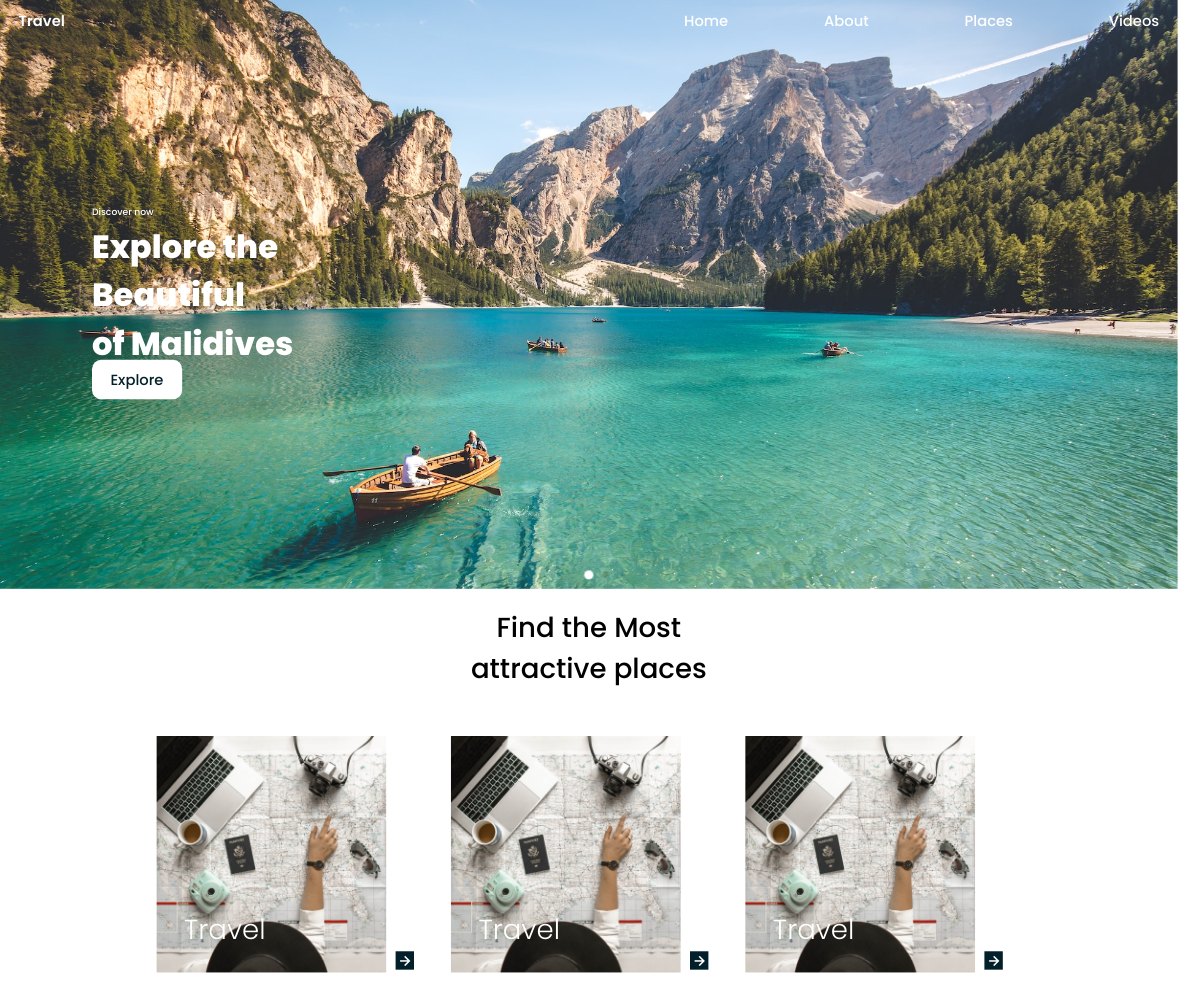
Repository: OmniaRafat232111121/Traveling
Page: index.html
These files come from the project's save history. The page is drawn as it stood at one moment and after the next save; the edit follows.
The browser window is 1280 px wide. The pictures show the whole page, at 92% of full size.

Above is the page before, as saved 2022-12-20 11:32:33.

### index.html
<!DOCTYPE html>
<html lang="en">
<head>
    <meta charset="UTF-8">
    <meta http-equiv="X-UA-Compatible" content="IE=edge">
    <meta name="viewport" content="width=device-width, initial-scale=1.0">
    <title>Travel Css</title>
    <link rel="stylesheet" href="css/style.css">
    <!--swiper-->
       <link
  rel="stylesheet"
  href="https://cdn.jsdelivr.net/npm/swiper@8/swiper-bundle.min.css"
/>
<!--Box icon-->
 <link rel="stylesheet"
  href="https://cdn.jsdelivr.net/npm/boxicons@latest/css/boxicons.min.css">
</head>
<body>
    <!--navbar start-->
    <header class="header">
        <div class="logo">
        <a href="index.html" >Travel</a>
        </div>
        <div class="'bx bx-menu" id="menu-icon"></div>
        <nav>
            <ul>
                <li><a href="index.html">Home</a></li>
                <li><a href="#about">About</a></li>
                <li><a href="#places">Places</a></li>
                <li><a href="#viedo">Videos</a></li>
            </ul>
        </nav>

    </header>
   <!--navbar end-->
   <!--home start-->
   <section class="home swiper" id="home">
   <div class="swiper-wrapper">
        <div class="swiper-slide container">
            <img src="./imgs/travel1.jpg" alt="travel"/>
            <div class="home-text">
                <span>Discover now</span>
                <h1>Explore the <br>Beautiful<br> of Malidives</h1>
                <a href="#" class="btn"> Explore</a>
            </div>
        </div>

        <div class="swiper-slide container">
            <img src="./imgs/dessert.jpg" alt="travel"/>\
            <div class="home-text">
                <span>Discover now</span>
                <h1>Explore the <br>Beautiful<br> of Malidives</h1>
                <a href="#" class="btn"> Explore</a>
            </div>
        </div>
        <div class="swiper-slide container">
            <img src="./imgs/travel3.jpg" alt="travel"/>
            <div class="home-text">
                <span>Discover now</span>
                <h1>Explore the <br>Beautiful<br> of Malidives</h1>
                <a href="#" class="btn"> Explore</a>
            </div>
        </div>

      </div>
    <div class="swiper-pagination"></div>
   </section>
   <!--home end-->

   <!--places start-->
   <section class="places" id="places">
    <div class="heading">
        <h1>Find the Most <br>attractive places</h1>
        <div class="places-container">
            <div class="box">
                <div class="place-image">
                   <img  src="./imgs/p1.jpg" alt="image" />
                </div>
                <div class="place-heading">
                    <h2>Travel</h2>
                </div>
                <i class='bx bx-right-arrow-alt place-icon'></i>

            </div>
            <div class="box">
                <div class="place-image">
                   <img  src="./imgs/p1.jpg" alt="image" />
                </div>
                <div class="place-heading">
                    <h2>Travel</h2>
                </div>
                <i class='bx bx-right-arrow-alt place-icon'></i>

            </div>
            <div class="box">
                <div class="place-image">
                   <img  src="./imgs/p1.jpg" alt="image" />
                </div>
                <div class="place-heading">
                    <h2>Travel</h2>
                </div>
                <i class='bx bx-right-arrow-alt place-icon'></i>

            </div>

        </div>

    </div>

   </section>

   <!--places ends-->
<!--swiper-->
<script src="https://cdn.jsdelivr.net/npm/swiper@8/swiper-bundle.min.js"></script>
<!--custom js-->
<script src="main.js"></script>
</body>
</html>

### css/style.css
@import url('https://fonts.googleapis.com/css2?family=Be+Vietnam+Pro:wght@100&family=Inter:wght@100;300;400;500;600&family=Montserrat:wght@400;700&family=Nunito:ital,wght@0,200;0,300;1,200&family=Open+Sans:ital,wght@0,300;0,600;0,700;1,300&family=Poppins:ital,wght@0,200;0,300;0,500;0,600;0,800;0,900;1,100;1,200;1,300;1,500&family=Work+Sans:ital,wght@0,100;0,200;0,400;0,500;1,200;1,300&display=swap');
*{
    padding:0;
    margin:0;
    box-sizing: border-box;
    font-family: Poppins,'sans-serif';
    scroll-behavior: smooth;
}
:root{
    --text-color:#021f2a;
    --bf-color:#fff;
}
li{
    list-style: none;
}
a{
    text-decoration: none;
}
header{

    position:fixed;
    width:100%;
    top:0;
    left:0;
    right:0;
    display:flex;
    align-items: center;
    justify-content: space-between;
    padding:10px 20px;
     transition: 0.3s;
     z-index:20000;
}
nav ul li{
    display:inline-block;
    margin-left: 100px;

}
nav ul li a{
    color:#fff;
}
.logo a{
    font-size: 1rem;
    font-weight: 600;
    color:var(--bf-color)
}
nav ul li {
    position: relative;
}
nav ul li a::after{
    content:" ";
    width:0%;
    height:2px;
    background-color:#fff;
    position: absolute;
    bottom: -3px;
    left:0;
    transition: 0.3s;

}
nav ul li a:hover::after{
 width:50px;
}
#menu-icon{
    display:none;
    cursor: pointer;
    z-index:10001;

}
.container{
    position:relative;
    width:100%;
    min-height:640px ;
    display: flex;
    align-items: center;
}
.container img{
    position: absolute;
    width:100%;
    height:100%;
    object-fit: cover;
}
.swiper-pagination-bullet{
padding:5px;
 background:var(--bf-color);
}
/* .swiper-pagination-bullet-active{
    background:var(--bf-color);
} */
span.swiper-pagination-bullet.swiper-pagination-bullet-active.swiper-pagination-bullet-active-main {
    background: #fff;
}
.home-text{
    z-index:20001;
    padding:0px 100px;
}
.home-text span{
    color:#fff;
    font-size: 10px;
}
.home-text h1{
    font-weight: 700;
    font-size: 35px;
    color:#fff;
}
.home-text h1:hover{
    color:var(--text-color);
    transition: 0.3s linear;
}
.btn{
    background-color: var(--bf-color);
    color:var(--text-color);
    padding:10px 20px;
    border-radius: 10px;
    margin-top: 70px;
    font-weight: 500;
}
.btn:hover{
    color: var(--bf-color);
    background-color:var(--text-color);
}

.heading{
    text-align: center;
}
.heading h1{
    font-weight: 500;
    padding:20px;
    font-size: 30px;
}
.places-container{
    display:grid;
    grid-template-columns: repeat(auto-fill,minmax(300px,auto));
    gap:20px;
    padding:30px;
    justify-content: center;
}
.places-container .box{
    position:relative;
}
.box .place-image{
    width:250px;
    overflow: hidden;
}
.places-container .box .place-image img{
    width:100%;
    height:100%;
}
 .box .place-image img:hover{
    transform: scale(1.1);
    transition: 0.3s;
}
.place-heading {
position:absolute;
bottom:30px;
}
.place-heading h2{
    font-weight: 300;
    font-size: 30px;
    color:var(--bf-color);
    margin-left:30px;

}
.place-icon{
    position:absolute;
    bottom:10px;
    right:20px;
    color:var(--bf-color);
    background-color: var(--text-color);
    font-size: 20px;
}

### main.js
//swiper
var swiper = new Swiper(".home", {
       loop: true,
       grabCursor:true,
       pagination: {
          el: ".swiper-pagination",
          dynamicBullets: true,
        },
});

After the next save:
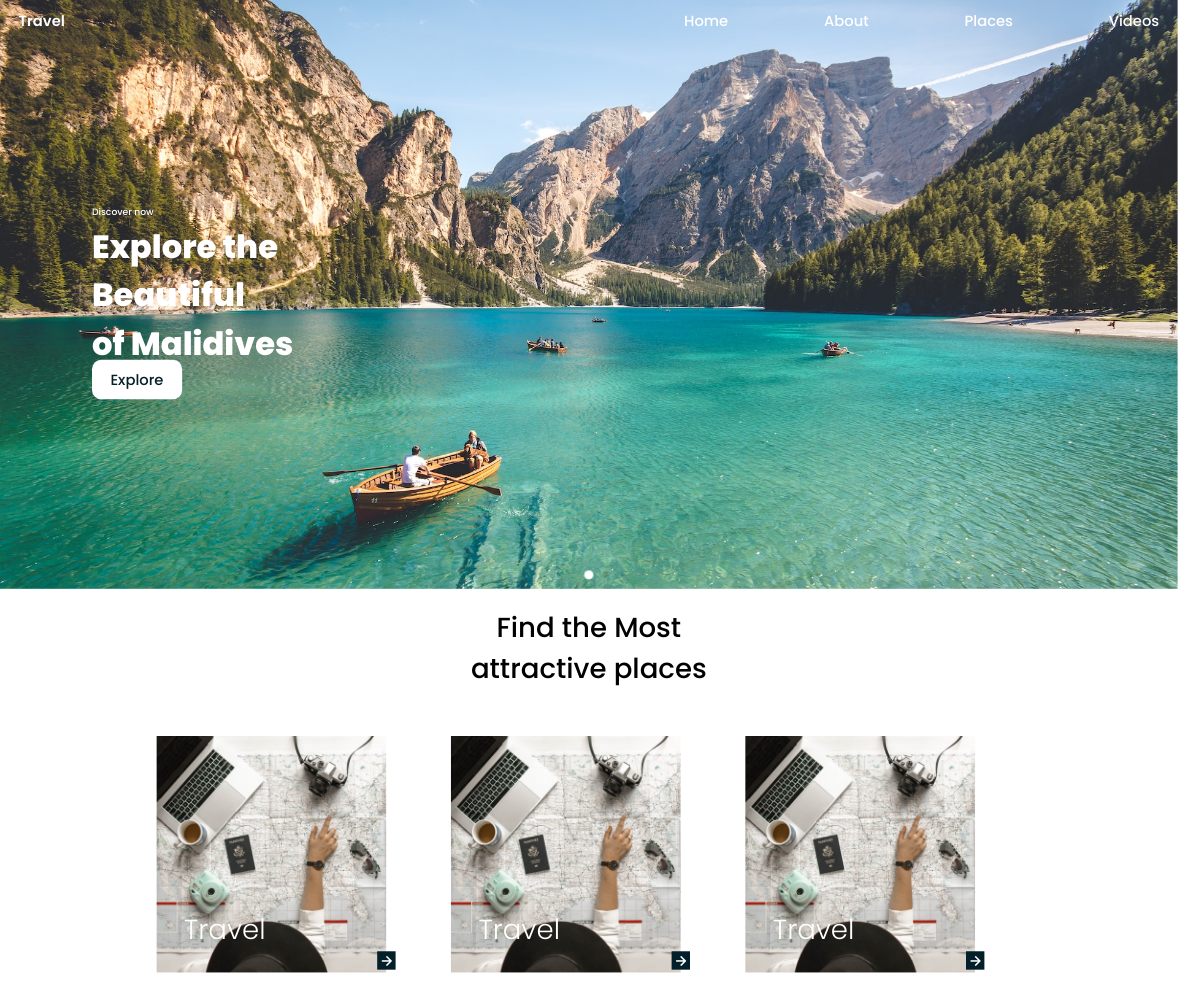
Saved 6 s later.
--- a/css/style.css
+++ b/css/style.css
@@ -163,7 +163,7 @@ bottom:30px;
 .place-icon{
     position:absolute;
     bottom:10px;
-    right:20px;
+    right:40px;
     color:var(--bf-color);
     background-color: var(--text-color);
     font-size: 20px;
